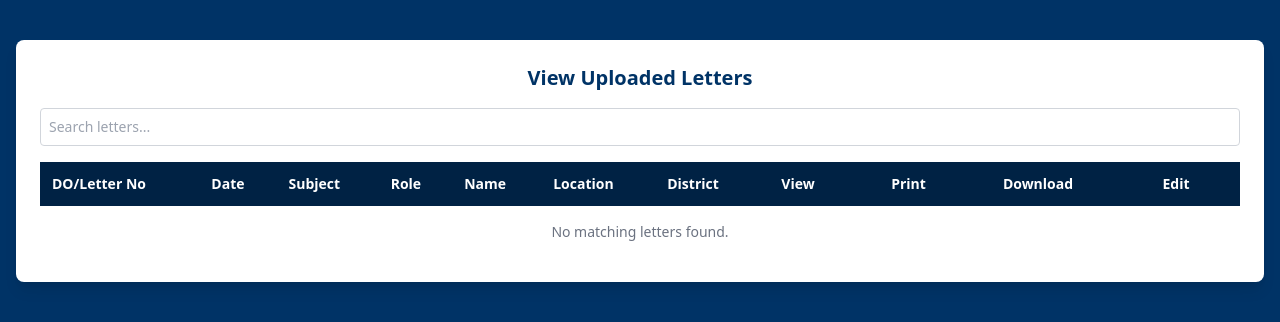
Repository: chehak2004/LetterVault
Page: /view-letters (app in frontend/)
An editor plug-in stored every save of this project. The page is shown before and after a run of saves, followed by the edit.
The browser window is 1280 px wide. The pictures show the whole page.
The page's requests for data from a server got no answer. The project was rebuilt for these pictures with package versions that can differ from the ones it lists, and the page was loaded fresh each time. No one was signed in, and anything a server would have sent is missing. Also part of the build but not shown: frontend/vite.config.js, frontend/src/pages/UploadPage.jsx.

Above is the page before, as saved 2025-06-23 20:14:26.

### frontend/index.html
<!doctype html>
<html lang="en">
  <head>
    <meta charset="UTF-8" />
    <link rel="icon" type="image/svg+xml" href="/vite.svg" />
    <meta name="viewport" content="width=device-width, initial-scale=1.0" />
    <title>LetterVault</title>
  </head>
  <body>
    <div id="root"></div>
    <script type="module" src="/src/main.jsx"></script>
  </body>
</html>

### frontend/src/main.jsx
import React from 'react';
import ReactDOM from 'react-dom/client';
import App from './App.jsx';
import './index.css'; // Tailwind CSS

ReactDOM.createRoot(document.getElementById('root')).render(
  <React.StrictMode>
    <App />
  </React.StrictMode>,
);

### frontend/src/App.jsx
import { BrowserRouter, Routes, Route } from "react-router-dom";
import UploadPage from "./pages/UploadPage";
import ViewLettersPage from "./pages/ViewLettersPage";

function App() {
  return (
    <BrowserRouter>
      <Routes>
        <Route path="/" element={<UploadPage />} />
        <Route path="/view-letters" element={<ViewLettersPage />} />
      </Routes>
    </BrowserRouter>
  );
}

export default App;

### frontend/src/pages/ViewLettersPage.jsx
import React, { useEffect, useRef, useState } from "react";

const ViewLetters = () => {
  const [letters, setLetters] = useState([]);
  const [searchQuery, setSearchQuery] = useState("");
  const [editData, setEditData] = useState(null);
  const iframeRef = useRef(null);

  useEffect(() => {
    fetch("http://localhost:5000/api/letters")
      .then((res) => res.json())
      .then((data) => setLetters(data))
      .catch((err) => console.error("Error fetching letters:", err));
  }, []);

  const handlePrint = (fileUrl) => {
    const iframe = iframeRef.current;
    iframe.src = fileUrl;
    iframe.onload = () => {
      setTimeout(() => {
        iframe.contentWindow.focus();
        iframe.contentWindow.print();
      }, 200);
    };
  };

  const handleDownload = (fileUrl) => {
  const fileName = fileUrl.split("/").pop(); // extract filename
  const downloadUrl = `http://localhost:5000/download/${fileName}`;

  const link = document.createElement("a");
  link.href = downloadUrl;
  link.setAttribute("download", fileName);
  document.body.appendChild(link);
  link.click();
  document.body.removeChild(link);
};



  const handleEdit = (letter) => {
    setEditData({ ...letter });
  };

  const handleEditSubmit = async () => {
    try {
      const response = await fetch(`http://localhost:5000/api/letters/${editData.id}`, {
        method: "PUT",
        headers: { "Content-Type": "application/json" },
        body: JSON.stringify(editData),
      });

      if (response.ok) {
        const updated = await response.json();
        setLetters((prevLetters) =>
          prevLetters.map((letter) =>
            letter.id === updated.id ? updated : letter
          )
        );
        setEditData(null);
      } else {
        console.error("Failed to update letter");
      }
    } catch (error) {
      console.error("Error updating letter:", error);
    }
  };

  const filteredLetters = letters.filter((letter) =>
    Object.values(letter).some((value) =>
      String(value).toLowerCase().includes(searchQuery.toLowerCase())
    )
  );

  return (
    <div className="w-screen min-h-screen bg-[#003366] py-10 px-4 flex justify-center items-start">
      <div className="bg-white rounded-lg p-6 w-full max-w-7xl shadow-lg overflow-x-auto">
        <h1 className="text-xl font-bold text-[#003366] mb-4 text-center">
          View Uploaded Letters
        </h1>

        <div className="mb-4">
          <input
            type="text"
            placeholder="Search letters..."
            value={searchQuery}
            onChange={(e) => setSearchQuery(e.target.value)}
            className="w-full p-2 border border-gray-300 rounded text-sm"
          />
        </div>

        <table className="w-full text-sm text-left border-collapse">
          <thead className="bg-[#002244] text-white">
            <tr>
              <th className="px-3 py-2">DO/Letter No</th>
              <th className="px-3 py-2">Date</th>
              <th className="px-3 py-2">Subject</th>
              <th className="px-3 py-2">Role</th>
              <th className="px-3 py-2">Name</th>
              <th className="px-3 py-2">Location</th>
              <th className="px-3 py-2">District</th>
              <th className="px-6 py-3">View</th>
              <th className="px-6 py-3">Print</th>
              <th className="px-6 py-3">Download</th>
              <th className="px-6 py-3">Edit</th>
            </tr>
          </thead>
          <tbody>
            {filteredLetters.map((letter, index) => (
              <tr key={index} className="bg-white border-t text-center">
                <td className="px-3 py-2 text-left">{letter.letterNo}</td>
                <td className="px-3 py-2 text-left">{letter.date}</td>
                <td className="px-3 py-2 text-left">{letter.subject}</td>
                <td className="px-3 py-2 text-left">{letter.role}</td>
                <td className="px-3 py-2 text-left">{letter.name}</td>
                <td className="px-3 py-2 text-left">{letter.location}</td>
                <td className="px-3 py-2 text-left">{letter.district}</td>
                <td className="px-3 py-2 text-left text-blue-600">
                  <a
                    href={letter.fileUrl}
                    target="_blank"
                    rel="noreferrer"
                    className="hover:underline ml-3"
                  >
                    View
                  </a>
                </td>
                <td className="px-3 py-2 text-left">
                  <button
                    onClick={() => handlePrint(letter.fileUrl)}
                    className="text-blue-600 hover:underline ml-[-4px]"
                  >
                    Print
                  </button>
                </td>
                <td className="px-3 py-2 text-left">
                  <button
                    onClick={() => handleDownload(letter.fileUrl)}
                    className="text-blue-600 hover:underline ml-[-4px]"
                  >
                    Download
                  </button>
                </td>
                <td className="px-3 py-2 text-left">
                  <button
                    onClick={() => handleEdit(letter)}
                    className="text-blue-600 hover:underline ml-[-4px]"
                  >
                    Edit
                  </button>
                </td>
              </tr>
            ))}
            {filteredLetters.length === 0 && (
              <tr>
                <td colSpan="11" className="text-center py-4 text-gray-500">
                  No matching letters found.
                </td>
              </tr>
            )}
          </tbody>
        </table>

        {/* Edit Form */}
        {editData && (
          <div className="mt-6 bg-gray-100 p-4 rounded text-sm">
            <h2 className="text-md font-semibold mb-2 text-[#003366]">
              Edit Letter: {editData.letterNo}
            </h2>

            {[
              "letterNo",
              "date",
              "subject",
              "role",
              "name",
              "location",
              "district",
              "fileUrl",
            ].map((field) => (
              <div className="mb-2" key={field}>
                <label className="block text-sm font-medium capitalize">
                  {field === "fileUrl" ? "PDF URL" : field}
                </label>
                <input
                  type={field === "date" ? "date" : "text"}
                  value={editData[field]}
                  onChange={(e) =>
                    setEditData({ ...editData, [field]: e.target.value })
                  }
                  className="border p-2 rounded w-full"
                />
              </div>
            ))}

            <button
              onClick={handleEditSubmit}
              className="bg-[#003366] text-white px-4 py-2 mt-2 rounded"
            >
              Save Changes
            </button>
          </div>
        )}
      </div>

      {/* Hidden iframe for print */}
      <iframe ref={iframeRef} style={{ display: "none" }} title="print-frame" />
    </div>
  );
};

export default ViewLetters;

Loaded but not shown: frontend/src/index.css (common file); frontend/tailwind.config.js (common file)

After the next 3 saves:
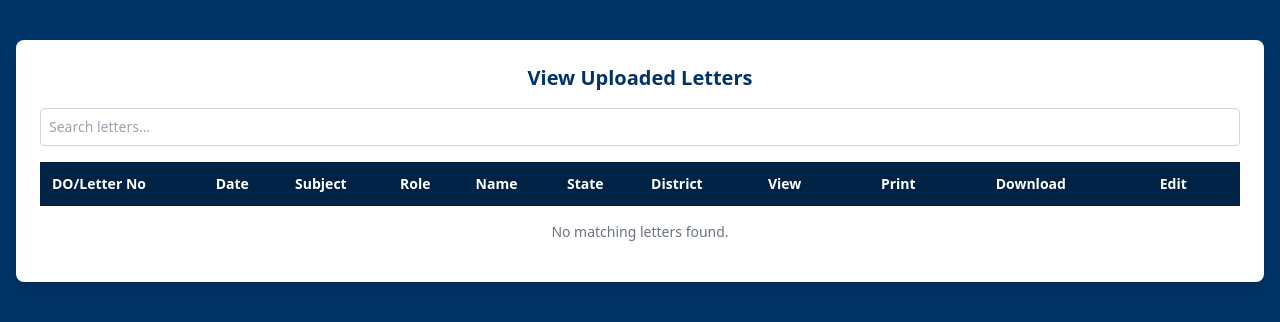
The 3 saves are shown as one change because they came seconds apart.
The last was saved 40 s later.
--- a/frontend/src/pages/ViewLettersPage.jsx
+++ b/frontend/src/pages/ViewLettersPage.jsx
@@ -97,7 +97,7 @@ const ViewLetters = () => {
               <th className="px-3 py-2">Subject</th>
               <th className="px-3 py-2">Role</th>
               <th className="px-3 py-2">Name</th>
-              <th className="px-3 py-2">Location</th>
+              <th className="px-3 py-2">State</th>
               <th className="px-3 py-2">District</th>
               <th className="px-6 py-3">View</th>
               <th className="px-6 py-3">Print</th>
